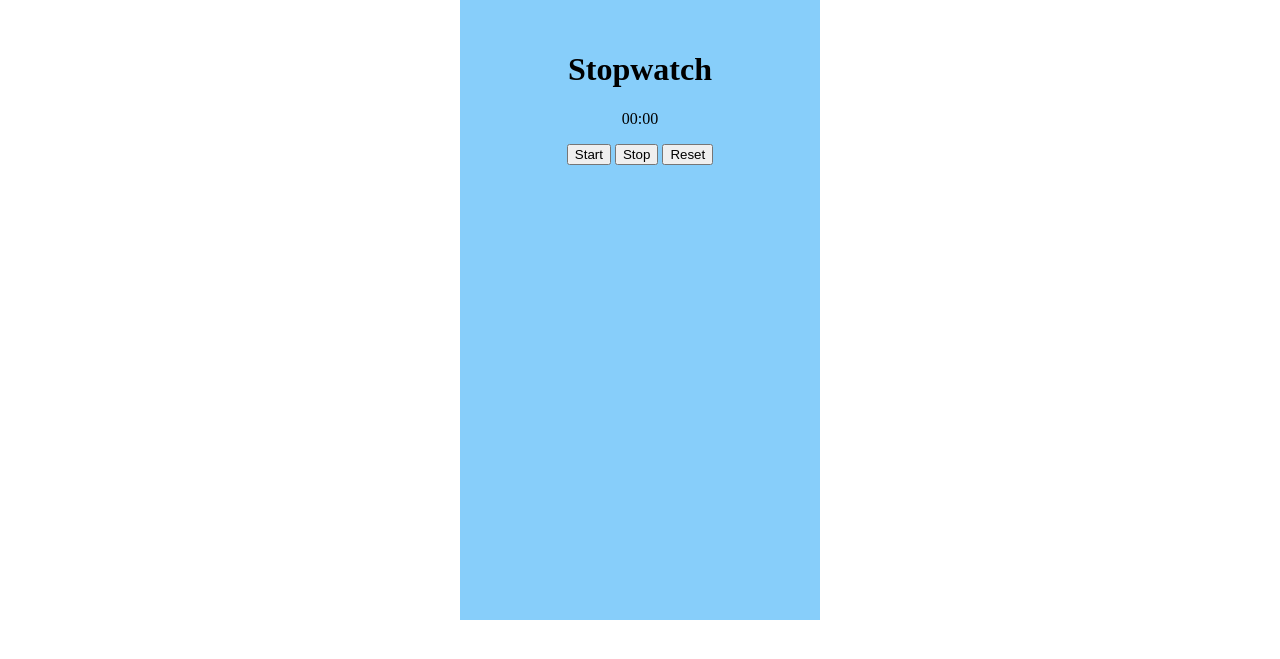
Repository: LeyaAbraham/web-dev
Page: clock.html
An editor plug-in stored every save of this project. The page is shown before and after the next save, followed by the edit.
The browser window is 1280 px wide. The pictures show the whole page.

Above is the page before, as saved 2021-01-05 23:08:38.

### clock.html
<!DOCTYPE html>
<html>

<head>
    <title>Page Title</title>
    <link rel="stylesheet" href="style.css" type="text/css">

</head>

<body>
    <div id="wrap">
        <h1>Stopwatch</h1>
        <p><span id="seconds">00</span>:<span id="nano">00</span></p>
        <button id="start">Start</button>
        <button id="stop">Stop</button>
        <button id="reset">Reset</button>
    </div>
    <script src="clock.js"></script>
</body>

</html>

### style.css
#wrap {
    background-color: lightskyblue;
    border-color: lightyellow;
    text-align: center;
    padding: 30px;
    margin: 30px;
    width: 300px;
    position: absolute;
	top:0;
	bottom: 100px;
	left: 0;
	right: 0;

	margin: auto;

}

### clock.js
window.onload = function () {

    var seconds = 00;
    var nano = 00;

    var interval;
    document.getElementById("start").onclick = start;
    document.getElementById("stop").onclick = stop;
    document.getElementById("reset").onclick = reset;

    function start() {

        interval = setInterval(runTimer, 10);

    }

    function stop() {
        clearInterval(interval);
    }

    function reset() {
        clearInterval(interval);
        nano = 00;
        seconds = 00;
        document.getElementById("nano").innerHTML = "00";
        document.getElementById("seconds").innerHTML = "00";
    }

    function runTimer() {
        var num = nano++;
        console.log(num);

        if (nano > 9) {
            console.log("in if");
            document.getElementById("nano").innerHTML = nano;
        }
        if (nano < 9) {
            document.getElementById("nano").innerHTML = "0" + nano;
        }
        if (nano > 99) {
            seconds++;
            nano = 0;
            document.getElementById("seconds").innerHTML = "0" + seconds;

        }

        if (seconds > 9) {
            document.getElementById("seconds") = seconds;
        }
    }
}

After the next save:
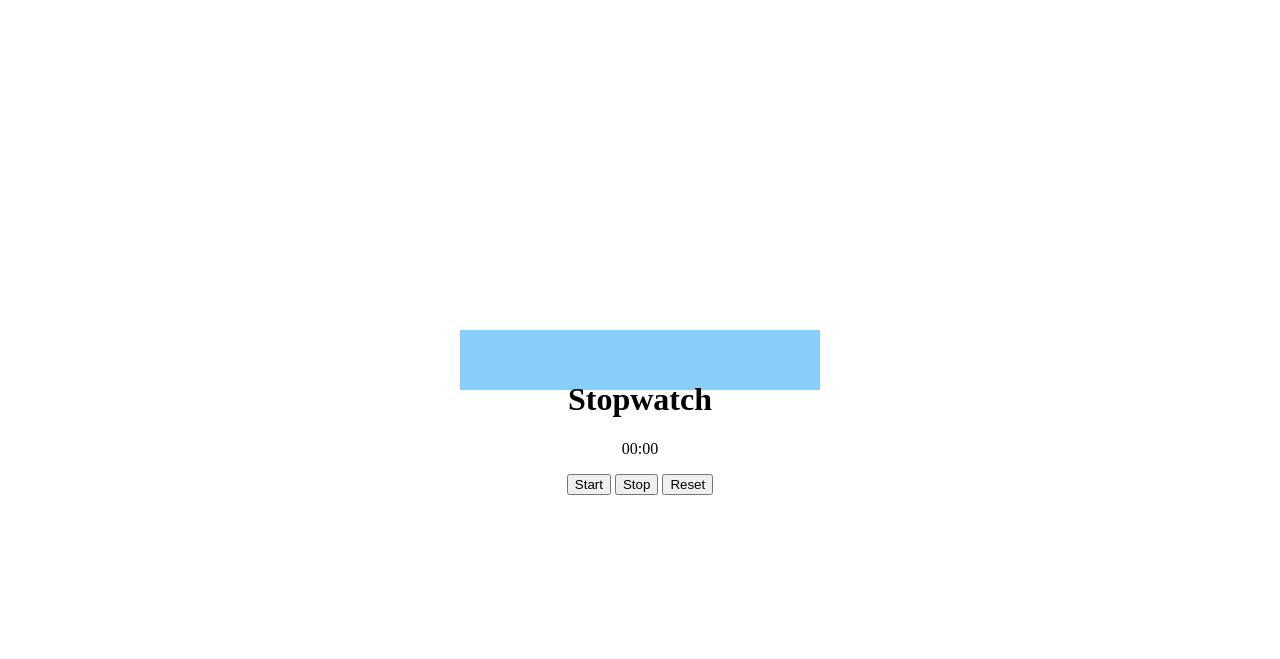
Saved 9 s later.
--- a/style.css
+++ b/style.css
@@ -6,8 +6,8 @@
     margin: 30px;
     width: 300px;
     position: absolute;
-	top:0;
-	bottom: 100px;
+	top:50%;
+	bottom: 50%;
 	left: 0;
 	right: 0;
 
